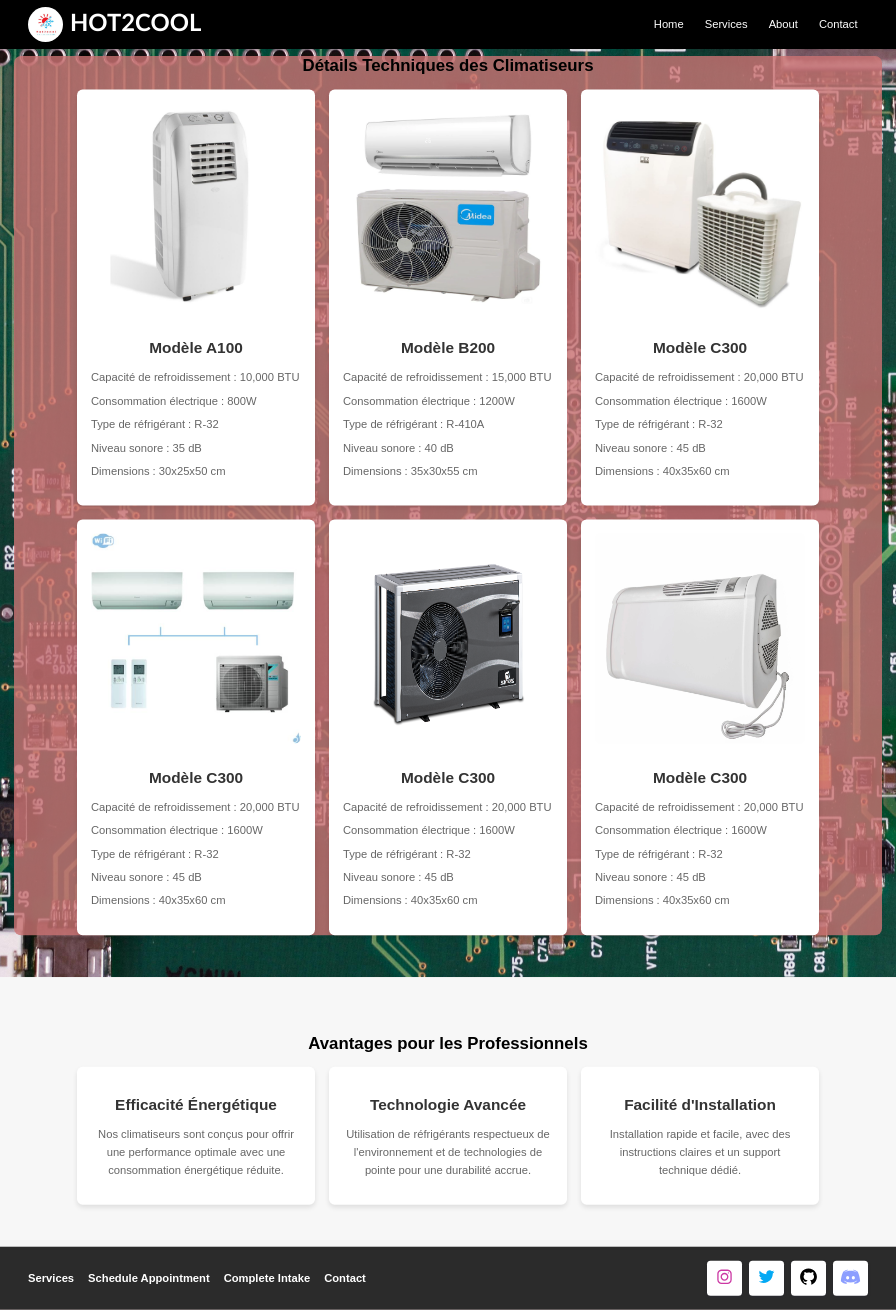
Repository: kadel237/hot2cool
Page: tech.html
The author's editor kept a copy of each file at every save. The page is drawn from the files as they stood at one save, then again after the next save.
The browser window is 1280 px wide. The pictures show the whole page, at 70% of full size.

Above is the page before, as saved 2024-07-04 00:31:15.

### tech.html
<!DOCTYPE html>
<html lang="fr">
  <head>
    <meta charset="UTF-8" />
    <meta name="viewport" content="width=device-width, initial-scale=1.0" />
    <title>Hot2Cool - Détails Techniques</title>
    <link rel="stylesheet" href="tech.css" />
  </head>
  <body>
    <header>
      <div class="container">
        <h1><img src="./logo.jpg" alt="Logo" class="logo" />HOT2COOL</h1>
        <nav>
          <ul>
            <li><a href="./index.html">Home</a></li>
            <li class="dropdown">
              <a href="#services">Services</a>
              <ul class="dropdown-content">
                <li class="dropdown-submenu">
                  <a href="#particuliers">Pour les particuliers</a>
                  <ul class="dropdown-submenu-content">
                    <li><a href="./ofDuMo.html">Offres du moment</a></li>
                    <li><a href="#products">Nos services sur mesure</a></li>
                  </ul>
                </li>
                <li class="dropdown-submenu">
                  <a href="#entreprises">Pour les entreprises</a>
                  <ul class="dropdown-submenu-content">
                    <li>
                      <a href="./tech.html#advantages"
                        >Ameliorez le confort de votre entreprise</a
                      >
                    </li>
                    <li>
                      <a href="./tech.html"
                        >pour les plus tech du monde de la fraicheur</a
                      >
                    </li>
                  </ul>
                </li>
              </ul>
            </li>
            <li><a href="#about-us">About</a></li>
            <li><a href="#contact">Contact</a></li>
          </ul>
        </nav>
      </div>
    </header>

    <main>
      <section class="technical-details">
        <div class="container">
          <h2>Détails Techniques des Climatiseurs</h2>
          <div class="technical-grid">
            <div class="technical-card">
              <img src="./mono-bloc.jpg" alt="Modèle A100" />
              <h3>Modèle A100</h3>
              <ul>
                <li>Capacité de refroidissement : 10,000 BTU</li>
                <li>Consommation électrique : 800W</li>
                <li>Type de réfrigérant : R-32</li>
                <li>Niveau sonore : 35 dB</li>
                <li>Dimensions : 30x25x50 cm</li>
              </ul>
            </div>
            <div class="technical-card">
              <img src="./split-fixe.webp" alt="Modèle A100" />
              <h3>Modèle B200</h3>
              <ul>
                <li>Capacité de refroidissement : 15,000 BTU</li>
                <li>Consommation électrique : 1200W</li>
                <li>Type de réfrigérant : R-410A</li>
                <li>Niveau sonore : 40 dB</li>
                <li>Dimensions : 35x30x55 cm</li>
              </ul>
            </div>
            <div class="technical-card">
              <img src="./split-mobile.jpg" alt="Modèle A100" />
              <h3>Modèle C300</h3>
              <ul>
                <li>Capacité de refroidissement : 20,000 BTU</li>
                <li>Consommation électrique : 1600W</li>
                <li>Type de réfrigérant : R-32</li>
                <li>Niveau sonore : 45 dB</li>
                <li>Dimensions : 40x35x60 cm</li>
              </ul>
            </div>
            <div class="technical-card">
              <img src="./bi-split.jpg" alt="Modèle A100" />
              <h3>Modèle C300</h3>
              <ul>
                <li>Capacité de refroidissement : 20,000 BTU</li>
                <li>Consommation électrique : 1600W</li>
                <li>Type de réfrigérant : R-32</li>
                <li>Niveau sonore : 45 dB</li>
                <li>Dimensions : 40x35x60 cm</li>
              </ul>
            </div>
            <div class="technical-card">
              <img src="./pompe à chaleur.png" alt="Modèle A100" />
              <h3>Modèle C300</h3>
              <ul>
                <li>Capacité de refroidissement : 20,000 BTU</li>
                <li>Consommation électrique : 1600W</li>
                <li>Type de réfrigérant : R-32</li>
                <li>Niveau sonore : 45 dB</li>
                <li>Dimensions : 40x35x60 cm</li>
              </ul>
            </div>
            <div class="technical-card">
              <img src="./monobloc-revertisseur.webp" alt="Modèle A100" />
              <h3>Modèle C300</h3>
              <ul>
                <li>Capacité de refroidissement : 20,000 BTU</li>
                <li>Consommation électrique : 1600W</li>
                <li>Type de réfrigérant : R-32</li>
                <li>Niveau sonore : 45 dB</li>
                <li>Dimensions : 40x35x60 cm</li>
              </ul>
            </div>
          </div>
        </div>
      </section>

      <section class="advantages" id="advantages">
        <div class="container">
          <h2>Avantages pour les Professionnels</h2>
          <div class="advantages-grid">
            <div class="advantage-card">
              <h3>Efficacité Énergétique</h3>
              <p>
                Nos climatiseurs sont conçus pour offrir une performance
                optimale avec une consommation énergétique réduite.
              </p>
            </div>
            <div class="advantage-card">
              <h3>Technologie Avancée</h3>
              <p>
                Utilisation de réfrigérants respectueux de l'environnement et de
                technologies de pointe pour une durabilité accrue.
              </p>
            </div>
            <div class="advantage-card">
              <h3>Facilité d'Installation</h3>
              <p>
                Installation rapide et facile, avec des instructions claires et
                un support technique dédié.
              </p>
            </div>
          </div>
        </div>
      </section>
    </main>

    <footer>
      <div class="container">
        <div class="footer-content">
          <div class="footer-nav">
            <ul>
              <li><a href="#services">Services</a></li>
              <li><a href="#schedule">Schedule Appointment</a></li>
              <li><a href="#intake">Complete Intake</a></li>
              <li><a href="#contact">Contact</a></li>
            </ul>
          </div>
          <div class="social-icons">
            <button class="card1">
              <svg
                class="instagram"
                fill-rule="nonzero"
                height="30px"
                width="30px"
                viewBox="0,0,256,256"
                xmlns="http://www.w3.org/2000/svg"
              >
                <g
                  style="mix-blend-mode: normal"
                  text-anchor="none"
                  font-size="none"
                  font-weight="none"
                  font-family="none"
                  stroke-dashoffset="0"
                  stroke-dasharray=""
                  stroke-miterlimit="10"
                  stroke-linejoin="miter"
                  stroke-linecap="butt"
                  stroke-width="1"
                  stroke="none"
                  fill-rule="nonzero"
                >
                  <g transform="scale(8,8)">
                    <path
                      d="M11.46875,5c-3.55078,0 -6.46875,2.91406 -6.46875,6.46875v9.0625c0,3.55078 2.91406,6.46875 6.46875,6.46875h9.0625c3.55078,0 6.46875,-2.91406 6.46875,-6.46875v-9.0625c0,-3.55078 -2.91406,-6.46875 -6.46875,-6.46875zM11.46875,7h9.0625c2.47266,0 4.46875,1.99609 4.46875,4.46875v9.0625c0,2.47266 -1.99609,4.46875 -4.46875,4.46875h-9.0625c-2.47266,0 -4.46875,-1.99609 -4.46875,-4.46875v-9.0625c0,-2.47266 1.99609,-4.46875 4.46875,-4.46875zM21.90625,9.1875c-0.50391,0 -0.90625,0.40234 -0.90625,0.90625c0,0.50391 0.40234,0.90625 0.90625,0.90625c0.50391,0 0.90625,-0.40234 0.90625,-0.90625c0,-0.50391 -0.40234,-0.90625 -0.90625,-0.90625zM16,10c-3.30078,0 -6,2.69922 -6,6c0,3.30078 2.69922,6 6,6c3.30078,0 6,-2.69922 6,-6c0,-3.30078 -2.69922,-6 -6,-6zM16,12c2.22266,0 4,1.77734 4,4c0,2.22266 -1.77734,4 -4,4c-2.22266,0 -4,-1.77734 -4,-4c0,-2.22266 1.77734,-4 4,-4z"
                    ></path>
                  </g>
                </g>
              </svg>
            </button>
            <button class="card2">
              <svg
                class="twitter"
                height="30px"
                width="30px"
                viewBox="0 0 48 48"
                xmlns="http://www.w3.org/2000/svg"
              >
                <path
                  d="M42,12.429c-1.323,0.586-2.746,0.977-4.247,1.162c1.526-0.906,2.7-2.351,3.251-4.058c-1.428,0.837-3.01,1.452-4.693,1.776C34.967,9.884,33.05,9,30.926,9c-4.08,0-7.387,3.278-7.387,7.32c0,0.572,0.067,1.129,0.193,1.67c-6.138-0.308-11.582-3.226-15.224-7.654c-0.64,1.082-1,2.349-1,3.686c0,2.541,1.301,4.778,3.285,6.096c-1.211-0.037-2.351-0.374-3.349-0.914c0,0.022,0,0.055,0,0.086c0,3.551,2.547,6.508,5.923,7.181c-0.617,0.169-1.269,0.263-1.941,0.263c-0.477,0-0.942-0.054-1.392-0.135c0.94,2.902,3.667,5.023,6.898,5.086c-2.528,1.96-5.712,3.134-9.174,3.134c-0.598,0-1.183-0.034-1.761-0.104C9.268,36.786,13.152,38,17.321,38c13.585,0,21.017-11.156,21.017-20.834c0-0.317-0.01-0.633-0.025-0.945C39.763,15.197,41.013,13.905,42,12.429"
                ></path>
              </svg>
            </button>
            <button class="card3">
              <svg
                class="github"
                height="30px"
                width="30px"
                viewBox="0 0 30 30"
                xmlns="http://www.w3.org/2000/svg"
              >
                <path
                  d="M15,3C8.373,3,3,8.373,3,15c0,5.623,3.872,10.328,9.092,11.63C12.036,26.468,12,26.28,12,26.047v-2.051 c-0.487,0-1.303,0-1.508,0c-0.821,0-1.551-0.353-1.905-1.009c-0.393-0.729-0.461-1.844-1.435-2.526 c-0.289-0.227-0.069-0.486,0.264-0.451c0.615,0.174,1.125,0.596,1.605,1.222c0.478,0.627,0.703,0.769,1.596,0.769 c0.433,0,1.081-0.025,1.691-0.121c0.328-0.833,0.895-1.6,1.588-1.962c-3.996-0.411-5.903-2.399-5.903-5.098 c0-1.162,0.495-2.286,1.336-3.233C9.053,10.647,8.706,8.73,9.435,8c1.798,0,2.885,1.166,3.146,1.481C13.477,9.174,14.461,9,15.495,9 c1.036,0,2.024,0.174,2.922,0.483C18.675,9.17,19.763,8,21.565,8c0.732,0.731,0.381,2.656,0.102,3.594 c0.836,0.945,1.328,2.066,1.328,3.226c0,2.697-1.904,4.684-5.894,5.097C18.199,20.49,19,22.1,19,23.313v2.734 c0,0.104-0.023,0.179-0.035,0.268C23.641,24.676,27,20.236,27,15C27,8.373,21.627,3,15,3z"
                ></path>
              </svg>
            </button>
            <button class="card4">
              <svg
                class="discord"
                xmlns="http://www.w3.org/2000/svg"
                viewBox="0 0 48 48"
                width="30px"
                height="30px"
              >
                <path
                  d="M40,12c0,0-4.585-3.588-10-4l-0.488,0.976C34.408,10.174,36.654,11.891,39,14c-4.045-2.065-8.039-4-15-4s-10.955,1.935-15,4c2.346-2.109,5.018-4.015,9.488-5.024L18,8c-5.681,0.537-10,4-10,4s-5.121,7.425-6,22c5.162,5.953,13,6,13,6l1.639-2.185C13.857,36.848,10.715,35.121,8,32c3.238,2.45,8.125,5,16,5s12.762-2.55,16-5c-2.715,3.121-5.857,4.848-8.639,5.815L33,40c0,0,7.838-0.047,13-6C45.121,19.425,40,12,40,12z M17.5,30c-1.933,0-3.5-1.791-3.5-4c0-2.209,1.567-4,3.5-4s3.5,1.791,3.5,4C21,28.209,19.433,30,17.5,30z M30.5,30c-1.933,0-3.5-1.791-3.5-4c0-2.209,1.567-4,3.5-4s3.5,1.791,3.5,4C34,28.209,32.433,30,30.5,30z"
                ></path>
              </svg>
            </button>
          </div>
        </div>
      </div>
    </footer>
  </body>
</html>

### tech.css
/* Basic Styles */
body,
html {
  margin: 0;
  padding: 0;
  font-family: Arial, sans-serif;
  color: #fff;
}

/* Header Styles */
header {
  background-color: black;
  padding: 10px 0;
  position: fixed;
  width: 100%;
  top: 0;
  z-index: 1000;
}

header .container {
  display: flex;
  justify-content: space-between;
  align-items: center;
  max-width: 1200px;
  margin: 0 auto;
  padding: 0 20px;
}

header h1 {
  margin: 0;
  font-size: 34px;
  font-family: "Gill Sans", "Gill Sans MT", Calibri, "Trebuchet MS", sans-serif;
}

header nav ul {
  list-style: none;
  margin: 0;
  padding: 0;
  display: flex;
  align-items: center;
}

header nav ul li {
  position: relative;
}

header nav ul li a {
  color: #fff;
  text-decoration: none;
  font-size: 16px;
  padding: 10px 15px;
  display: block;
}

header nav ul li a:hover {
  background-color: #444;
}

/* Dropdown Styles */
.dropdown-content {
  display: none;
  position: absolute;
  background-color: #333;
  min-width: 200px;
  box-shadow: 0px 8px 16px rgba(0, 0, 0, 0.2);
  z-index: 1;
  left: 0;
  top: 100%;
}

.dropdown-content a {
  color: #fff;
  padding: 12px 16px;
  text-decoration: none;
  display: block;
}

.dropdown-content a:hover {
  background-color: #444;
}

.dropdown:hover .dropdown-content {
  display: block;
}

/* Submenu Styles */
.dropdown-submenu {
  position: relative;
}

.dropdown-submenu .dropdown-submenu-content {
  display: none;
  position: absolute;
  top: 0;
  left: 100%;
  background-color: #333;
  min-width: 200px;
  box-shadow: 0px 8px 16px rgba(0, 0, 0, 0.2);
  z-index: 1;
}

.dropdown-submenu:hover .dropdown-submenu-content {
  display: block;
}

header nav ul li a::after {
  content: "";
  position: absolute;
  width: 0;
  height: 2px;
  display: block;
  margin-top: 5px;
  right: 0;
  background: #fff;
  transition: width 0.3s ease, right 0.3s ease;
}

header nav ul li a:hover::after {
  width: 100%;
  right: 0;
}

/* Dropdown Styles */
.dropdown-content {
  display: none;
  position: absolute;
  background-color: #333;
  min-width: 200px;
  box-shadow: 0px 8px 16px rgba(0, 0, 0, 0.2);
  z-index: 1;
  left: 0;
  top: 100%;
}

.dropdown-content a {
  color: #fff;
  padding: 12px 16px;
  text-decoration: none;
  display: block;
}

.dropdown-content a:hover {
  background-color: #444;
}
.logo {
  width: 50px; /* Ajustez la taille selon vos besoins */
  height: 50px; /* Ajustez la taille selon vos besoins */
  border-radius: 50%;
  margin-right: 10px; /* Ajoute un espace entre le logo et le texte */
  vertical-align: middle; /* Aligne verticalement avec le texte */
}
.dropdown:hover .dropdown-content {
  display: block;
}

/* Submenu Styles */
.dropdown-submenu {
  position: relative;
}

.dropdown-submenu .dropdown-content {
  top: 0;
  left: 100%;
  display: none; /* Ajouté pour masquer le sous-menu initialement */
}

.dropdown-submenu:hover .dropdown-content {
  display: block; /* Affiche le sous-menu au survol */
}

header nav ul li a::after {
  content: "";
  position: absolute;
  width: 0;
  height: 2px;
  display: block;
  margin-top: 5px;
  right: 0;
  background: #fff;
  transition: width 0.3s ease, right 0.3s ease;
}

header nav ul li a:hover::after {
  width: 100%;
  right: 0;
}
.technical-details {
  background-image: url("technical.jpg"); /* Remplacez par le chemin de votre image */
  background-size: cover; /* L'image couvre toute la section */
  background-repeat: no-repeat; /* Pas de répétition de l'image */
  background-position: center; /* Centre l'image */
  padding: 60px 0; /* Ajustez le padding selon vos besoins */
}
.technical-details .container {
  background: rgba(
    204,
    115,
    115,
    0.8
  ); /* Fond blanc avec opacité pour améliorer la lisibilité */
  padding: 20px;
  border-radius: 10px;
}

/* Styles for the Technical Details and Advantages Sections */
.technical-details,
.advantages {
  padding: 60px 0;
  background-color: #f7f7f7;
}

.technical-details .container,
.advantages .container {
  max-width: 1200px;
  margin: 0 auto;
  padding: 0 20px;
}

.technical-details h2,
.advantages h2 {
  text-align: center;
  color: #000;
  margin-bottom: 20px;
}

.technical-grid,
.advantages-grid {
  display: flex;
  flex-wrap: wrap;
  gap: 20px;
  justify-content: center;
}

.technical-card,
.advantage-card {
  background: #fff;
  border-radius: 8px;
  padding: 20px;
  box-shadow: 0 4px 8px rgba(0, 0, 0, 0.1);
  max-width: 300px;
  width: 100%;
  text-align: center;
}

.technical-card h3,
.advantage-card h3 {
  font-size: 22px;
  margin-bottom: 10px;
  color: #333;
}

.technical-card ul,
.advantage-card p {
  text-align: left;
  color: #666;
  font-size: 16px;
  line-height: 1.6;
}

.technical-card ul {
  list-style: none;
  padding: 0;
}

.technical-card ul li {
  margin-bottom: 8px;
}
.technical-card img {
  width: 100%;
  height: 300px;
  border-radius: 8px;
  margin-bottom: 10px;
}

.advantages-grid .advantage-card p {
  text-align: center;
}

footer {
  background-color: #333;
  color: #fff;
  padding: 20px 0;
}

.footer-content {
  display: flex;
  justify-content: space-between;
  align-items: flex-start;
  max-width: 1200px;
  margin: 0 auto;
  flex-wrap: wrap;
}

footer {
  background-color: #2b2b2b; /* Couleur de fond du footer */
  padding: 20px 0;
  text-align: center;
}

.footer-content {
  display: flex;
  justify-content: space-between;
  align-items: center;
  max-width: 1200px;
  margin: 0 auto;
  flex-wrap: wrap;
}

.footer-nav ul {
  list-style: none;
  padding: 0;
  margin: 0;
  display: flex;
  gap: 20px; /* Espace entre les éléments du menu */
}

.footer-nav ul li {
  margin: 0;
}

.footer-nav ul li a {
  color: #fff; /* Couleur du texte */
  text-decoration: none; /* Enlever la décoration des liens */
  font-size: 16px; /* Taille de la police */
  font-weight: bold; /* Épaisseur du texte */
}

.footer-nav ul li a:hover {
  color: #ddd; /* Couleur du texte au survol */
}

.social-icons {
  display: flex;
  gap: 10px; /* Espace entre les icônes des réseaux sociaux */
}

.card1,
.card2,
.card3,
.card4 {
  width: 50px;
  height: 50px;
  outline: none;
  border: none;
  background: white;
  border-radius: 5px;
  box-shadow: rgba(50, 50, 93, 0.25) 0px 2px 5px -1px,
    rgba(0, 0, 0, 0.3) 0px 1px 3px -1px;
  transition: 0.2s ease-in-out;
}

.instagram {
  fill: #cc39a4;
}

.twitter {
  fill: #03a9f4;
}

.github {
  fill: black;
}

.discord {
  fill: #8c9eff;
}

.card1:hover {
  cursor: pointer;
  transform: scale(1.1);
  background-color: #cc39a4;
  box-shadow: 1px 1px 0px #eeb1de, 2px 2px 0px #d365b6, 3px 3px 0px #d365b6,
    4px 4px 0px #d365b6, 5px 5px 0px #d365b6;
}

.card1:hover .instagram {
  fill: white;
}

.card2:hover {
  cursor: pointer;
  transform: scale(1.1);
  background-color: #03a9f4;
  box-shadow: 1px 1px 0px #a1defa, 2px 2px 0px #41bef8, 3px 3px 0px #41bef8,
    4px 4px 0px #41bef8, 5px 5px 0px #41bef8;
}

.card2:hover .twitter {
  fill: white;
}

.card3:hover {
  cursor: pointer;
  transform: scale(1.1);
  background-color: black;
  box-shadow: 1px 1px 0px rgb(124, 123, 123), 2px 2px 0px #333, 3px 3px 0px #333,
    4px 4px 0px #333, 5px 5px 0px #333;
}

.card3:hover .github {
  fill: white;
}

.card4:hover {
  cursor: pointer;
  transform: scale(1.1);
  background-color: #8c9eff;
  box-shadow: 1px 1px 0px #bdc2e2, 2px 2px 0px #9ca6e0, 3px 3px 0px #9ca6e0,
    4px 4px 0px #9ca6e0, 5px 5px 0px #9ca6e0;
}

.card4:hover .discord {
  fill: white;
}

.footer-bottom {
  text-align: center;
  padding: 10px 0;
  background-color: #222;
  color: #aaa;
}

.footer-bottom p {
  margin: 0;
  font-size: 14px;
}

After the next save:
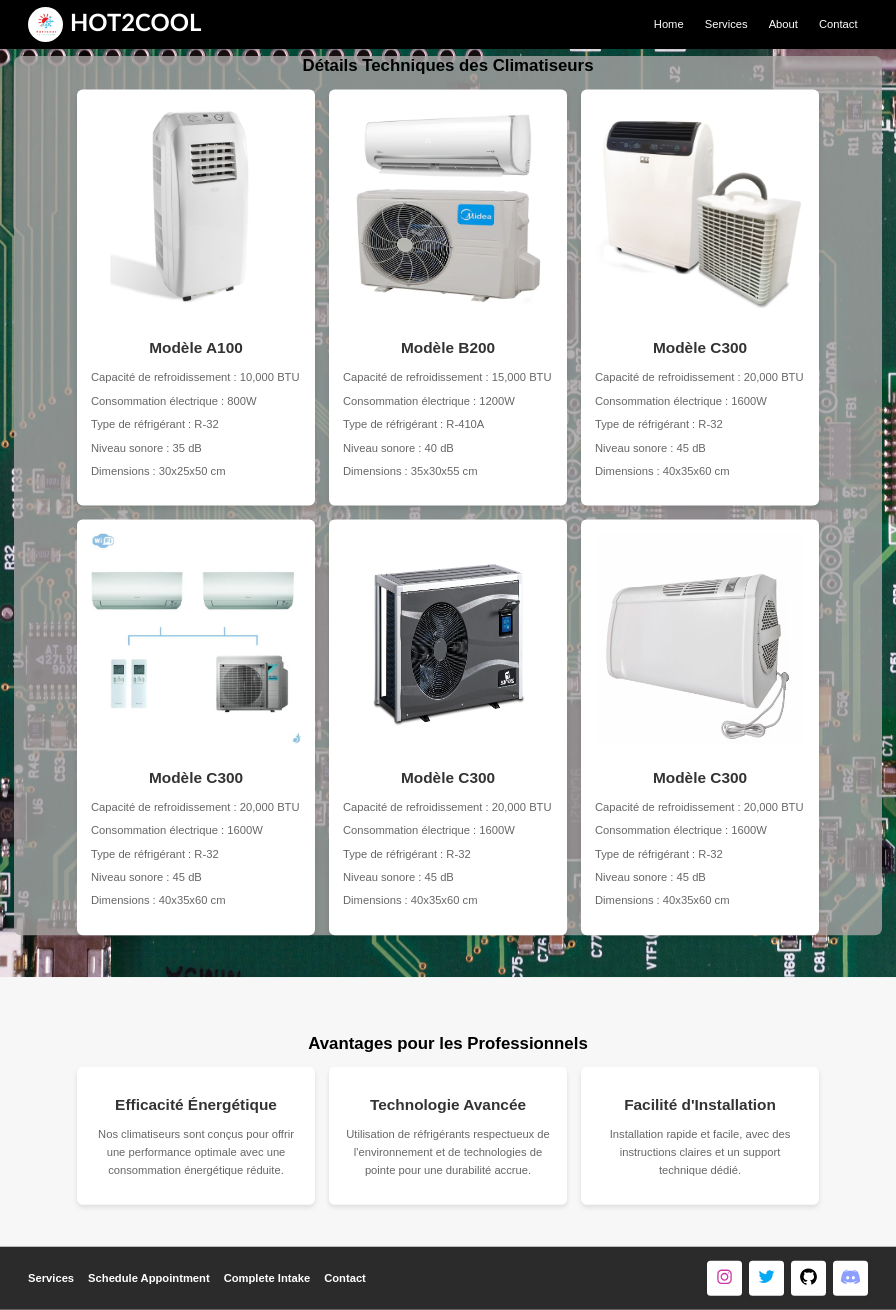
Saved 14 s later.
--- a/tech.css
+++ b/tech.css
@@ -192,12 +192,7 @@
   padding: 60px 0; /* Ajustez le padding selon vos besoins */
 }
 .technical-details .container {
-  background: rgba(
-    204,
-    115,
-    115,
-    0.8
-  ); /* Fond blanc avec opacité pour améliorer la lisibilité */
+  background: rgba(168, 164, 164, 0.8); /* Fond blanc avec opacité pour améliorer la lisibilité */
   padding: 20px;
   border-radius: 10px;
 }
